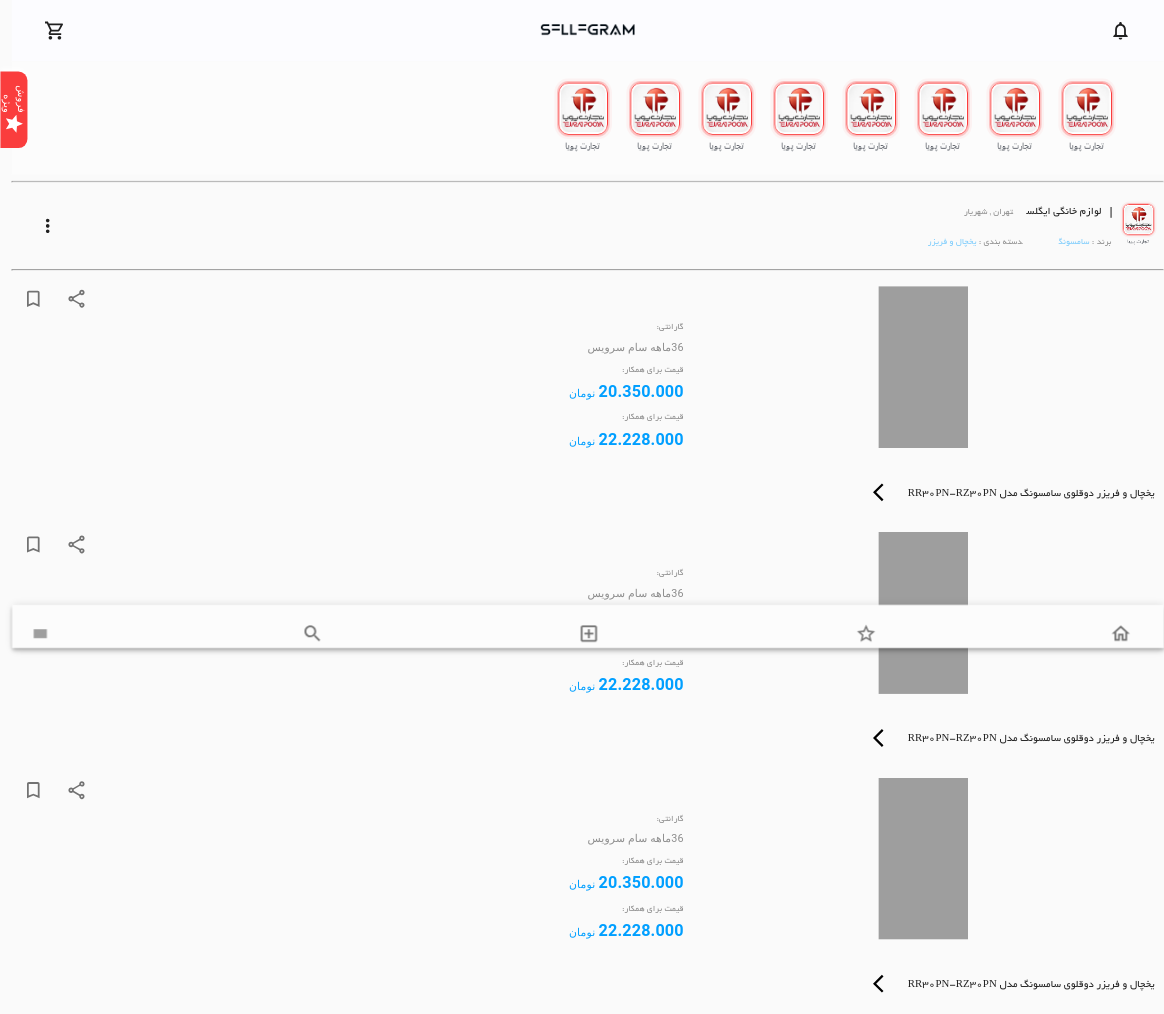
Repository: sadegh1379/selegram
Page: /login-4
The author's editor kept a copy of each file at every save. The page is drawn from the files as they stood at one save, then again after the next save.
The browser window is 1280 px wide. The page is 1293 px wide, so the pictures cover 1293 px, including what lies to the right of the window. The pictures show the whole page, at 90% of full size.
Pictures or frames that could not be fetched are drawn as grey boxes. The project was rebuilt for these pictures with package versions that can differ from the ones it lists, and the page was loaded fresh each time. Also part of the build but not shown: src/components/login/Login.js, src/components/login/LoginOne.js, src/components/login/LoginThree.js.

Above is the page before, as saved 2020-09-09 13:35:44.

### public/index.html
<!DOCTYPE html>
<html lang="en">
  <head>
    <meta charset="utf-8" />
    <link rel="icon" href="%PUBLIC_URL%/favicon.ico" />
    <meta
      name="viewport"
      content="minimum-scale=1, initial-scale=1, width=device-width"
    />
    <meta name="theme-color" content="#000000" />
    <meta
      name="description"
      content="Web site created using create-react-app"
    />
    <link rel="apple-touch-icon" href="%PUBLIC_URL%/logo192.png" />
    <!--
      manifest.json provides metadata used when your web app is installed on a
      user's mobile device or desktop. See https://developers.google.com/web/fundamentals/web-app-manifest/
    -->
    <link rel="manifest" href="%PUBLIC_URL%/manifest.json" />
    <!--
      Notice the use of %PUBLIC_URL% in the tags above.
      It will be replaced with the URL of the `public` folder during the build.
      Only files inside the `public` folder can be referenced from the HTML.

      Unlike "/favicon.ico" or "favicon.ico", "%PUBLIC_URL%/favicon.ico" will
      work correctly both with client-side routing and a non-root public URL.
      Learn how to configure a non-root public URL by running `npm run build`.
    -->
    <title>React App</title>
  </head>
  <body dir="rtl">
    <noscript>You need to enable JavaScript to run this app.</noscript>
    <div id="root"></div>
    <!--
      This HTML file is a template.
      If you open it directly in the browser, you will see an empty page.

      You can add webfonts, meta tags, or analytics to this file.
      The build step will place the bundled scripts into the <body> tag.

      To begin the development, run `npm start` or `yarn start`.
      To create a production bundle, use `npm run build` or `yarn build`.
    -->
  </body>
</html>

### src/index.js
import React from 'react';
import ReactDOM from 'react-dom';
import App from './App';
import { createMuiTheme, ThemeProvider } from '@material-ui/core/styles';
import RTL from './RTL';
import {BrowserRouter as Router} from 'react-router-dom';
// import '../node_modules/bootstrap/dist/css/bootstrap.css';
import {DataProvider} from './context'

const theme = createMuiTheme({
  direction: 'rtl', // Both here and <body dir="rtl">
});

ReactDOM.render(
      <ThemeProvider theme={theme}>
                      <RTL>
                          <Router>
                              <DataProvider>
                                    <App />
                              </DataProvider>
                          </Router>
                      </RTL>
      </ThemeProvider>
  ,
  document.getElementById('root')
);

### src/App.js
import React from 'react';
import './App.css';
import {Switch , Route} from 'react-router-dom';

import Login from './components/login/Login';
import LoginOne from './components/login/LoginOne';
import LoginThree from './components/login/LoginThree';
import LoginFour from './components/body/LoginFour'

function App() {
  return (
    <div className="App">
      <Switch>
        <Route exact path="/" component={(props)=><Login {...props}/>} />
        <Route exact path="/login-1" component={(props)=><LoginOne {...props}/>} />
        <Route exact path="/login-3" component={(props)=><LoginThree {...props}/>} />
        <Route exact path="/login-4" component={(props)=><LoginFour {...props}/>} />
      </Switch>
    </div>
  );
}

export default App;

### src/RTL.js
import React from 'react'
import { create } from 'jss';
import rtl from 'jss-rtl';
import { StylesProvider, jssPreset } from '@material-ui/core/styles';

// Configure JSS
const jss = create({ plugins: [...jssPreset().plugins, rtl()] });

function RTL(props) {
  return (
    <StylesProvider jss={jss}>
      {props.children}
    </StylesProvider>
  );
}

export default RTL;

### src/context.js
import React , {createContext ,Component}  from 'react';

const context = createContext()

 class DataProvider extends Component {
    constructor(props){
        super(props);

        this.state={
            kala:[{
                name:'sadegh',
                img:'./img/kala.png'
            },
            {
                name:'sadegh',
                img:'./img/kala.png'
            },
            {
                name:'sadegh',
                img:'./img/kala.png'
            },
            {
                name:'sadegh',
                img:'./img/kala.png'
            },
            {
                name:'sadegh',
                img:'./img/kala.png'
            },
            {
                name:'sadegh',
                img:'./img/kala.png'
            },
            {
                name:'sadegh',
                img:'./img/kala.png'
            },
            {
                name:'sadegh',
                img:'./img/kala.png'
            }
        ],
        select:'./img/ice.png'
        }
    }
    render() {
        return (
            <context.Provider value={{
                    ...this.state
            }}>
                {this.props.children}
            </context.Provider>
        )
    }
}

const DataConsumer = context.Consumer;

export { DataProvider , DataConsumer , context};

### src/App.css
@font-face {
    font-family: BYekan;
    src: url('./font/BYekan.ttf') , url('./font/BYekan.eot') , url('./font/BYekan.woff');
  }

html , body , #root{
    margin: 0px ;
    padding:0px;
}
.font-yekan{
    font-family: BYekan !important;
  }
label{
    color:#034DA2 !important;
    font-size: 14px;

    font-weight: small !important;

    margin-right: 10px;
    font-family: BYekan !important;
}

.color-text{
  color:#404D66
}

.no-scroll::-webkit-scrollbar{
  display: none;

}
.no-scroll{
  -ms-overflow-style: none ;
  scrollbar-width: none;
}

.lighblue{
  color:#009FFF;
}
.font-10-px{
  font-size: 10px;
}
.font-12-px{
  font-size: 12px;
}
.text-right{
  text-align: right;
}
.text-left{
  text-align: left;
}

.opacity{
  opacity: 0.5;

}

.money-color{
  color:#009FFF;
  font-size:18px;
  font-weight: bolder  ;
}

.toman-blue{
  font-size: 12px;
  color:#009FFF ;

}

### src/components/body/LoginFour.js
import React , {useContext} from 'react';
import Navbar from '../static/Navbar';
import Button from '@material-ui/core/Button';
import Grid from '@material-ui/core/Grid'
import {context} from '../../context';
import useStyles from './styles';
import StarIcon from '@material-ui/icons/Star';
import Menu from '@material-ui/core/Menu';
import MenuItem from '@material-ui/core/MenuItem';
import MoreVertIcon from '@material-ui/icons/MoreVert';
import BookmarkBorderIcon from '@material-ui/icons/BookmarkBorder';
import ShareOutlinedIcon from '@material-ui/icons/ShareOutlined';
import { IconButton } from '@material-ui/core';
import ArrowBackIosIcon from '@material-ui/icons/ArrowBackIos';
import BottomAppBar from '../static/BottomAppBar';


function LoginFour() {
    const classes = useStyles();
    const [anchorEl, setAnchorEl] = React.useState(null);

    const data = useContext(context);
    console.log(data);

    // fordropdown---------

    const handleClick = (event) => {
        setAnchorEl(event.currentTarget);
      };

      const handleClose = () => {
        setAnchorEl(null);
      };

      //-------------------

    return (
        <React.Fragment>
            <Navbar/>

            <Grid className={classes.carouselContainer}>
                <ul className="no-scroll" style={{display:'flex' , overflow:'scroll' , listStyle:'none' }}>
                    <span className={classes.ulf}>
                        <StarIcon/>
                            فروش ویژه
                    </span>
                    {data.kala.map((item , i)=>{
                        return(
                            <li style={{margin:'0px 8px' }} key={i}>
                                <img style={{width:'64px' , height:'83px'}}  src={item.img} alt=""/>


                            </li>
                        )
                    })
                    }
                </ul>
            </Grid><hr/>

            {/* information component */}

            <Grid className={classes.informationGrid}>
                <Grid item ><img alt="img" style={{width:'40px'}} src={data.kala[2].img}/></Grid>
                <Grid item  className={classes.informationText}>
                    <span className="font-yekan font-12-px" style={{borderRight:'1px solid black' , paddingRight:'10px' }}>لوازم خانگی  ایگلس</span>
                    <span className="font-yekan  font-10-px" style={{marginRight:'15px' , opacity:'0.5'}}>تهران , شهریار</span><br/>
                    <span className="font-yekan font-10-px" style={{opacity:'0.5'}}>برند  :  <span className="lighblue">سامسونگ</span></span>
                    <span className="font-yekan font-10-px" style={{opacity:'0.5', marginRight:'40px'}}>دسته بندی  : <span className="lighblue">یخچال و فریزر</span></span>
                </Grid>
                <Grid item>
                    <div>
                        <Button aria-controls="simple-menu" aria-haspopup="true" onClick={handleClick}>
                            <MoreVertIcon/>
                        </Button>
                        <Menu
                            id="simple-menu"
                            anchorEl={anchorEl}
                            keepMounted
                            open={Boolean(anchorEl)}
                            onClose={handleClose}
                        >
                            <MenuItem onClick={handleClose}>Profile</MenuItem>
                            <MenuItem onClick={handleClose}>My account</MenuItem>
                            <MenuItem onClick={handleClose}>Logout</MenuItem>
                        </Menu>
                     </div>
                </Grid>
            </Grid><hr/>
            {/* body */}
            <Grid className={classes.body}>
                <Grid className={classes.bodyImg} item md={5} sm={5} xs={5}>
                    <img style={{width:'100px' , height:'180px' ,imageResolution:'from-image'}} src={data.select} alt=""/>
                </Grid>
                <Grid item md={7} sm={7} xs={7}>
                    <div  className="text-left">
                        <IconButton>
                             <ShareOutlinedIcon/>
                        </IconButton>
                        <IconButton>
                              <BookmarkBorderIcon/>
                        </IconButton>

                    </div>
                    <div  style={{lineHeight:'10px'}}>
                            <span className="font-10-px opacity font-yekan">گارانتی:</span><p className="font-12-px opacity">36ماهه سام سرویس</p>
                            <span className="font-10-px opacity font-yekan">قیمت برای همکار:</span><p ><span className="money-color">20.350.000</span> <span className="toman-blue">نومان</span> </p>
                            <span className="font-10-px opacity font-yekan">قیمت برای همکار:</span><p ><span className="money-color">22.228.000</span> <span className="toman-blue">نومان</span> </p>

                    </div>

                </Grid>
            </Grid>
            <Grid className={classes.getArrow}>
                <span className="font-12-px font-yekan"> یخچال و فریزر دوقلوی سامسونگ مدل RR30PN-RZ30PN </span>
                <IconButton >
                        <ArrowBackIosIcon className={classes.color_black}/>
                </IconButton>
            </Grid>

            <Grid className={classes.body}>
                <Grid className={classes.bodyImg} item md={5} sm={5} xs={5}>
                    <img style={{width:'100px' , height:'180px' ,imageResolution:'from-image'}} src={data.select} alt=""/>
                </Grid>
                <Grid item md={7} sm={7} xs={7}>
                    <div  className="text-left">
                        <IconButton>
                             <ShareOutlinedIcon/>
                        </IconButton>
                        <IconButton>
                              <BookmarkBorderIcon/>
                        </IconButton>

                    </div>
                    <div  style={{lineHeight:'10px'}}>
                            <span className="font-10-px opacity font-yekan">گارانتی:</span><p className="font-12-px opacity">36ماهه سام سرویس</p>
                            <span className="font-10-px opacity font-yekan">قیمت برای همکار:</span><p ><span className="money-color">20.350.000</span> <span className="toman-blue">نومان</span> </p>
                            <span className="font-10-px opacity font-yekan">قیمت برای همکار:</span><p ><span className="money-color">22.228.000</span> <span className="toman-blue">نومان</span> </p>

                    </div>

                </Grid>
            </Grid>
            <Grid className={classes.getArrow}>
                <span className="font-12-px font-yekan"> یخچال و فریزر دوقلوی سامسونگ مدل RR30PN-RZ30PN </span>
                <IconButton >
                        <ArrowBackIosIcon className={classes.color_black}/>
                </IconButton>
            </Grid>

             <Grid className={classes.body}>
                <Grid className={classes.bodyImg} item md={5} sm={5} xs={5}>
                    <img style={{width:'100px' , height:'180px' ,imageResolution:'from-image'}} src={data.select} alt=""/>
                </Grid>
                <Grid item md={7} sm={7} xs={7}>
                    <div  className="text-left">
                        <IconButton>
                             <ShareOutlinedIcon/>
                        </IconButton>
                        <IconButton>
                              <BookmarkBorderIcon/>
                        </IconButton>

                    </div>
                    <div  style={{lineHeight:'10px'}}>
                            <span className="font-10-px opacity font-yekan">گارانتی:</span><p className="font-12-px opacity">36ماهه سام سرویس</p>
                            <span className="font-10-px opacity font-yekan">قیمت برای همکار:</span><p ><span className="money-color">20.350.000</span> <span className="toman-blue">نومان</span> </p>
                            <span className="font-10-px opacity font-yekan">قیمت برای همکار:</span><p ><span className="money-color">22.228.000</span> <span className="toman-blue">نومان</span> </p>

                    </div>

                </Grid>
            </Grid>
            <Grid className={classes.getArrow}>
                <span className="font-12-px font-yekan"> یخچال و فریزر دوقلوی سامسونگ مدل RR30PN-RZ30PN </span>
                <IconButton >
                        <ArrowBackIosIcon className={classes.color_black}/>
                </IconButton>
            </Grid>

            {/* bottom app bar */}
            <BottomAppBar img={data.select}/>
        </React.Fragment>
    )
}

export default LoginFour

### src/components/static/Navbar.js
import React from 'react';
import Grid from '@material-ui/core/Grid';
import useStyles from './styles';
import ShoppingCartOutlinedIcon from '@material-ui/icons/ShoppingCartOutlined';
import NotificationsOutlinedIcon from '@material-ui/icons/NotificationsOutlined';
import Button from '@material-ui/core/Button';
import logo from './img/navlogo.png'

function Navbar() {
    const classes = useStyles();
    return (
      <Grid  className={classes.navContainer}>
          <Grid>
              <Button>
                <NotificationsOutlinedIcon/>
              </Button>
          </Grid>
          <Grid className={classes.navlogo}>
              <img style={{width:'50%'}} src={logo} alt="selegram"/>
          </Grid>
          <Grid>
                <Button>
                <ShoppingCartOutlinedIcon/>
                </Button>
          </Grid>
      </Grid>
    )
}

export default Navbar

### src/components/body/styles.js
import { makeStyles } from '@material-ui/core/styles';

const useStyles = makeStyles((theme) => ({
    carouselContainer:{
        backgroundColor:'#FCFCFC',
        padding:'5px'
    },
    ulf:{
        backgroundColor:'#FA3D3D',
        position:'absolute',
        left:'-40px',
        marginTop:'20px',
        padding:'15px',
        // marginLeft:'0px',
        width:'85px',
        height:'10px',
        transform:'rotateZ(-270deg)',
        display:'flex',
        alignItems:'center',
        justifyContent:'space-between',
        fontSize:'11px',
        color:'#FFFFFF',
        borderRadius:'10px 10px 0 0',
        boxShadow:'-3px 0px 6px'
    },
    informationGrid:{
            display:'flex',
            justifyContent:'space-between',
            padding:'8px',
            alignItems:'center'
    },
    informationText :{
        lineHeight:'30px',
        width:'100%',
        margin:'0 10px',
        padding:'0px'
    },
    body:{
        // backgroundColor:'gold',
        display:'flex'
    },
    bodyImg:{
        width:'100%',
        overflow:'hidden',
        padding:'10px',
        textAlign:'center'
    },
    getArrow:{
        padding:'10px'
    },
    color_black : {
        color:'black'
      }
}))


export default useStyles;

### src/components/static/BottomAppBar.js
import React from 'react';
import { makeStyles } from '@material-ui/core/styles';
import AppBar from '@material-ui/core/AppBar';
import CssBaseline from '@material-ui/core/CssBaseline';
import Toolbar from '@material-ui/core/Toolbar';
import IconButton from '@material-ui/core/IconButton';
import AddBoxOutlinedIcon from '@material-ui/icons/AddBoxOutlined';
import SearchIcon from '@material-ui/icons/Search';
import StarBorderOutlinedIcon from '@material-ui/icons/StarBorderOutlined';
import HomeOutlinedIcon from '@material-ui/icons/HomeOutlined';

const useStyles = makeStyles((theme) => ({




  appBar: {
    top: 'auto',
    bottom: 0,
    height:'48px',
    backgroundColor:'#FCFCFC'
  },
  grow: {
    flexGrow: 1,
  },

  toolBar:{
    display:'flex',
    justifyContent:'space-between',
    alignItems:'center'
  },
  icons:{

    color:'#707070'
  }
}));

export default function BottomAppBar(props) {
  const classes = useStyles();

  return (
    <React.Fragment>
      <CssBaseline />

      <AppBar position="fixed" color="default" className={classes.appBar}>
        <Toolbar className={classes.toolBar}>
          <IconButton edge="start" color="inherit" aria-label="open drawer">
            <HomeOutlinedIcon className={classes.icons} />
          </IconButton>
          <IconButton edge="end" color="inherit">
            <StarBorderOutlinedIcon className={classes.icons}/>
          </IconButton>
          <IconButton color="inherit">
            <AddBoxOutlinedIcon className={classes.icons}/>
          </IconButton>
          <IconButton color="inherit">
            <SearchIcon className={classes.icons}/>
          </IconButton>
          <IconButton edge="start" color="inherit" aria-label="open drawer">
            <img style={{width:'14.6px'}} src={props.img} alt=""/>
          </IconButton>
        </Toolbar>
      </AppBar>
    </React.Fragment>
  );
}

### src/components/static/styles.js
import { makeStyles } from '@material-ui/core/styles';

const useStyles = makeStyles((theme) => ({
    navContainer:{
        display:'flex',
        justifyContent:'space-between',
        backgroundColor:'#FCFCFF',
        padding:'16px',
        opacity:'100%',
        alignItems:'center'
    },
    navlogo:{
        textAlign:'center'
    }
}))


export default useStyles;

After the next save:
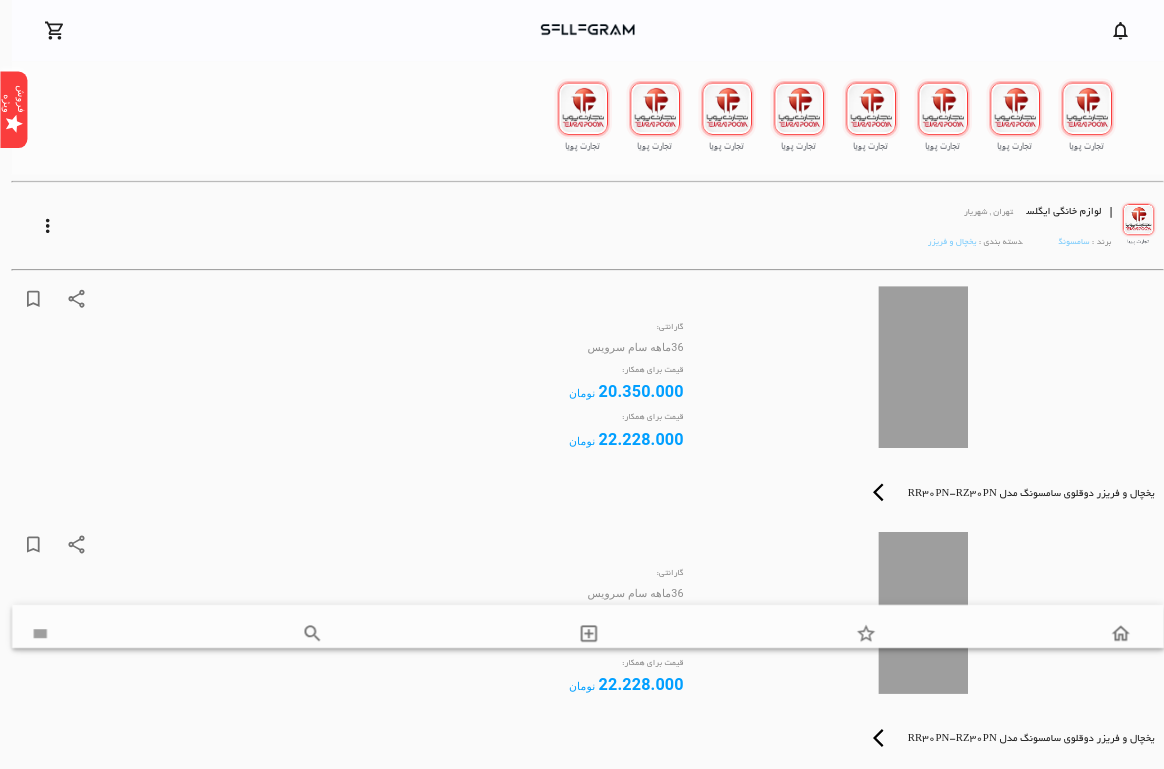
Saved 7 s later.
--- a/src/components/body/LoginFour.js
+++ b/src/components/body/LoginFour.js
@@ -147,35 +147,7 @@
                 </IconButton>
             </Grid>
 
-             <Grid className={classes.body}>
-                <Grid className={classes.bodyImg} item md={5} sm={5} xs={5}>
-                    <img style={{width:'100px' , height:'180px' ,imageResolution:'from-image'}} src={data.select} alt=""/>
-                </Grid>
-                <Grid item md={7} sm={7} xs={7}>
-                    <div  className="text-left">
-                        <IconButton>
-                             <ShareOutlinedIcon/>
-                        </IconButton>
-                        <IconButton>
-                              <BookmarkBorderIcon/>
-                        </IconButton>
 
-                    </div>
-                    <div  style={{lineHeight:'10px'}}>
-                            <span className="font-10-px opacity font-yekan">گارانتی:</span><p className="font-12-px opacity">36ماهه سام سرویس</p>
-                            <span className="font-10-px opacity font-yekan">قیمت برای همکار:</span><p ><span className="money-color">20.350.000</span> <span className="toman-blue">نومان</span> </p>
-                            <span className="font-10-px opacity font-yekan">قیمت برای همکار:</span><p ><span className="money-color">22.228.000</span> <span className="toman-blue">نومان</span> </p>
-
-                    </div>
-
-                </Grid>
-            </Grid>
-            <Grid className={classes.getArrow}>
-                <span className="font-12-px font-yekan"> یخچال و فریزر دوقلوی سامسونگ مدل RR30PN-RZ30PN </span>
-                <IconButton >
-                        <ArrowBackIosIcon className={classes.color_black}/>
-                </IconButton>
-            </Grid>
 
             {/* bottom app bar */}
             <BottomAppBar img={data.select}/>
